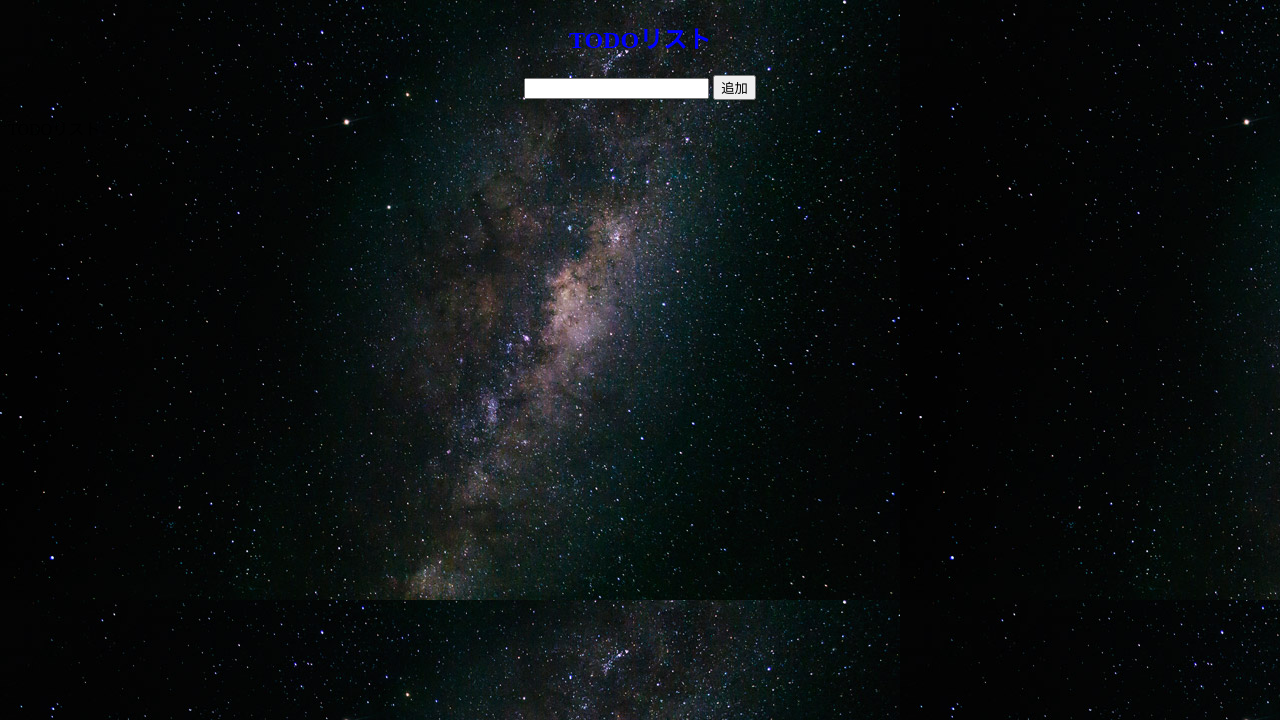
Repository: kntb2565/todolist
Page: src/index.html
The author's editor kept a copy of each file at every save. The page is drawn from the files as they stood at one save, then again after the next save.
The browser window is 1280 px wide. The pictures show the whole page.

Above is the page before, as saved 2018-10-22 11:28:31.

After the next save:
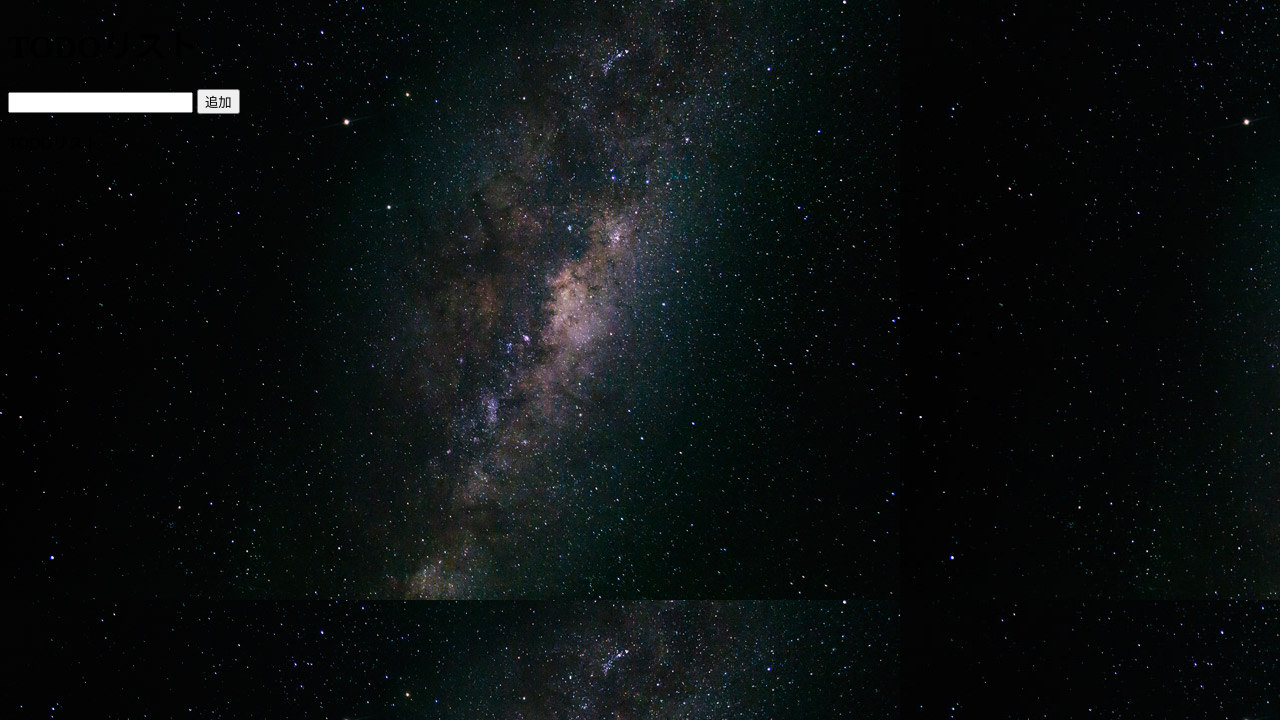
Saved 70 min 37 s later.
--- a/src/index.html
+++ b/src/index.html
@@ -6,12 +6,12 @@
   <link rel="stylesheet" href="css/styles.css" type="text/css">
   </head>
 
-<body>
-<section class="todo">
-        <h1>TODOリスト</h1>
-        <input type="text" />
-        <input type="button" value="追加" />
-</section>
- <p>TODOリスト</p>
-</body>
+  <div>
+    <h1>TODOリスト</h1>
+    <input type="text" />
+    <input type="button" value="追加" />
+  </div>
+  <body>
+    <p>TODOリスト</p>
+  </body>
 </html>
